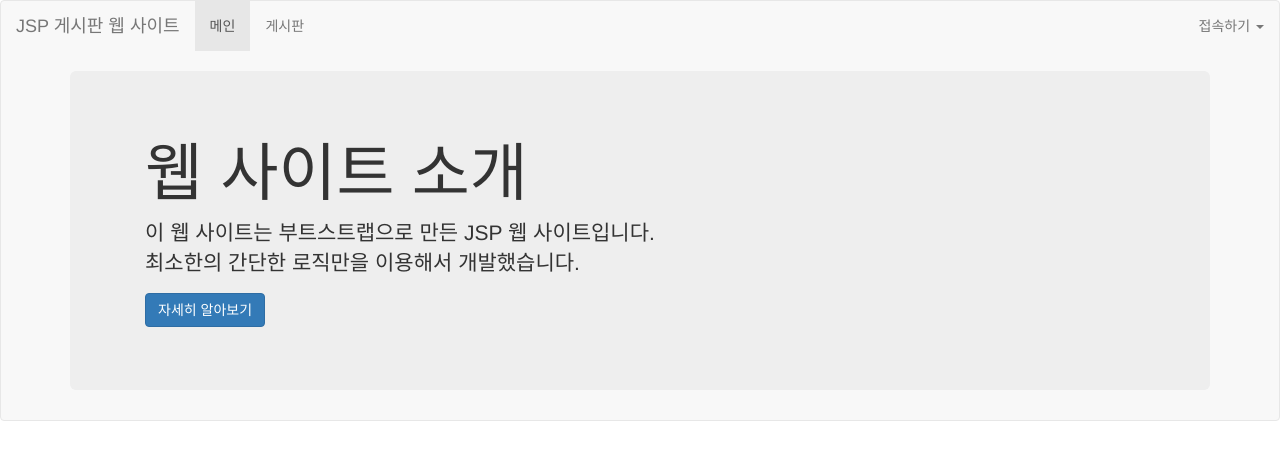
Repository: TheChok/BbsClone
Page: http://localhost/BBS/main.jsp
These files come from the project's save history. The page is drawn as it stood at one moment and after the next save; the edit follows.
The browser window is 1280 px wide. The pictures show the whole page.
Some web libraries are served in a nearby version. The page is served by Tomcat 9.

Above is the page before, as saved 2023-09-21 18:38:51.

After the next save:
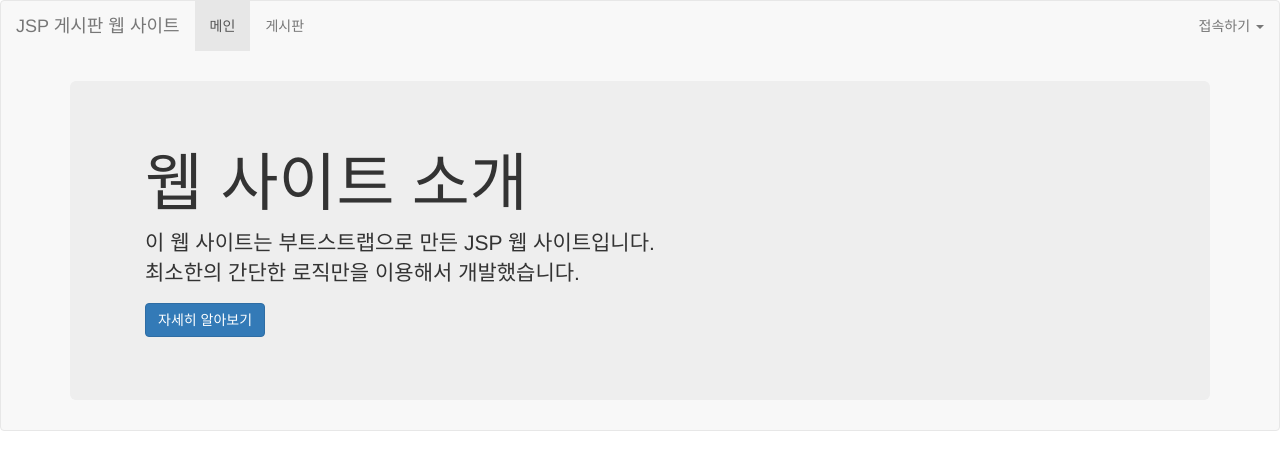
Saved 24 s later.
--- a/BBS/src/main/webapp/main.jsp
+++ b/BBS/src/main/webapp/main.jsp
@@ -71,7 +71,7 @@
 				}
 			%>
 
-			<div class="container"  style="margin-top:70px;">
+			<div class="container"  style="margin-top:80px;">
 				<div class="jumbotron">
 					<div class="container">
 						<h1>웹 사이트 소개</h1>
